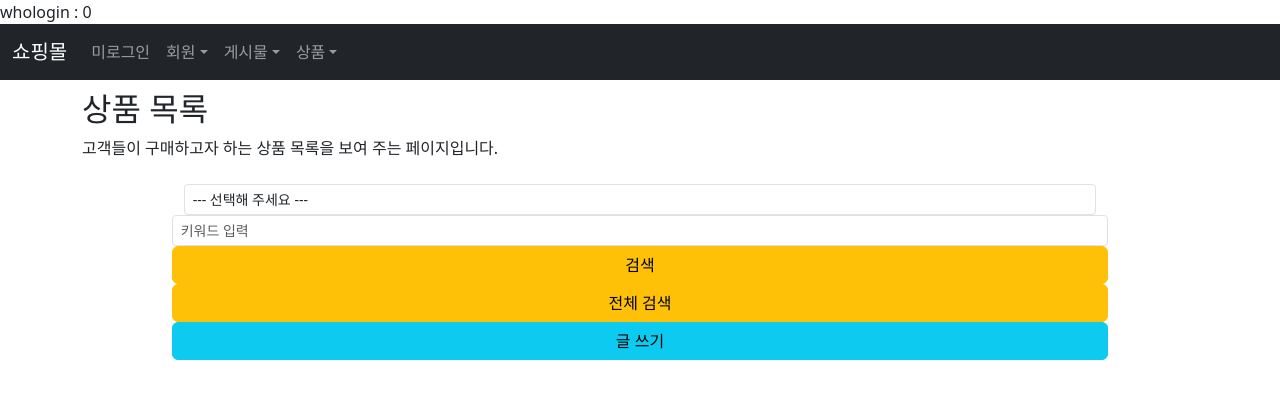
Repository: Sain-Clair/Team5
Page: http://localhost/Student/product/prList.jsp
These files come from the project's save history. The page is drawn as it stood at one moment and after the next save; the edit follows.
The browser window is 1280 px wide. The pictures show the whole page.
The page is served by Tomcat 9. The template is opened directly, without the code that normally fills it, so the values that code supplies are empty.

Above is the page before, as saved 2023-09-07 03:51:17.

After the next save:
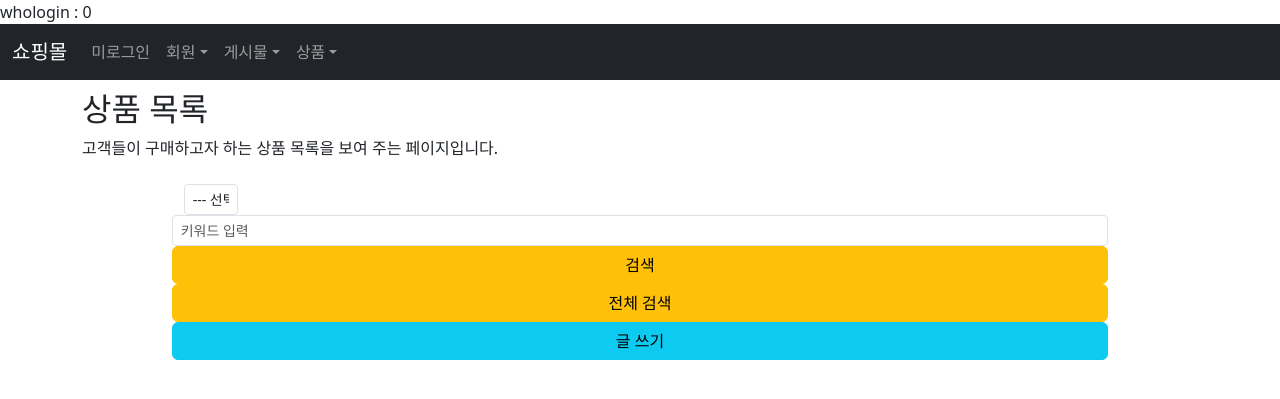
Saved 18 s later.
--- a/Student/src/main/webapp/product/prList.jsp
+++ b/Student/src/main/webapp/product/prList.jsp
@@ -60,7 +60,7 @@
 								<form name="myform" action="<%=withFormTag%>" method="get">
 									<input type="hidden" name="command" value="boList">
 									<div class="row">
-										<div class="col-sm-12 mode">
+										<div class="col-sm-1 mode">
 											<select class="form-control form-control-sm" id="mode" name="mode">
 												<option value="all" selected="selected">--- 선택해 주세요 ---
 												<option value="id">이름
